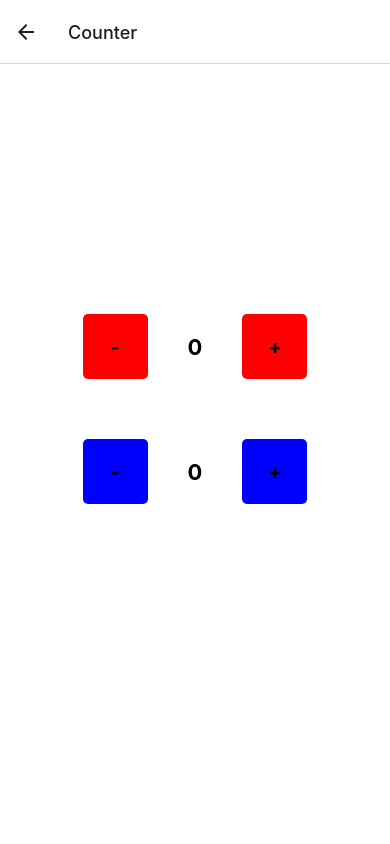
Repository: nawaz1568/Task_counter
Screen: /Counter
The author's editor kept a copy of each file at every save. The screen is drawn from the files as they stood at one save, then again after the next save.
The app was drawn by React Native's web renderer in a window 390 px wide. The project was rebuilt for these pictures with package versions that can differ from the ones it lists, and the page was loaded fresh each time. Also part of the build but not shown: src/components/Header.js, src/screens/PostListScreen.js, src/screens/PostDetailScreen.js.

Above is the screen before, as saved 2025-09-09 02:05:38.

### App.js
import React from 'react';
import { NavigationContainer } from '@react-navigation/native';
import { createNativeStackNavigator } from '@react-navigation/native-stack';
import LoginScreen from './src/screens/LoginScreen';
import PostListScreen from './src/screens/PostListScreen';
import PostDetailScreen from './src/screens/PostDetailScreen';
import CounterScreen from './src/screens/CounterScreen';

const Stack = createNativeStackNavigator();

export default function App() {
  return (
    <NavigationContainer>
      <Stack.Navigator initialRouteName="Login">
        <Stack.Screen name="Login" component={LoginScreen} options={{ title: 'Login' }} />
        <Stack.Screen name="Posts" component={PostListScreen} options={{ title: 'Posts' }} />
        <Stack.Screen name="Details" component={PostDetailScreen} options={{ title: 'Post Details' }} />
        <Stack.Screen name="Counter" component={CounterScreen} options={{ title: 'Counter' }} />
      </Stack.Navigator>
    </NavigationContainer>
  );
}

### src/screens/LoginScreen.js
import React, { useState } from 'react';
import { View, Text, TextInput, Alert, TouchableOpacity, StyleSheet } from 'react-native';

export default function LoginScreen({ navigation }) {
  const [email, setEmail] = useState('');
  const [password, setPassword] = useState('');

  const onLogin = () => {
    Alert.alert('Entered Values', `Email: ${email}\nPassword: ${password}`);
    navigation.replace('Posts');
  };

  return (
    <View style={styles.container}>
      <Text style={styles.title}>Welcome</Text>
      <TextInput
        placeholder="Email"
        value={email}
        onChangeText={setEmail}
        keyboardType="email-address"
        autoCapitalize="none"
        style={styles.input}
      />
      <TextInput
        placeholder="Password"
        value={password}
        onChangeText={setPassword}
        secureTextEntry
        style={styles.input}
      />
      <TouchableOpacity style={styles.button} onPress={onLogin}>
        <Text style={styles.buttonText}>Login</Text>
      </TouchableOpacity>

      <TouchableOpacity style={styles.link} onPress={() => navigation.navigate('Counter')}>
        <Text style={styles.linkText}>Go to Counter Demo</Text>
      </TouchableOpacity>
    </View>
  );
}

const styles = StyleSheet.create({
  container: {
    flex: 1,
    alignItems: 'center',
    justifyContent: 'center',
    padding: 20,
    backgroundColor: '#f9fafb',
  },
  title: { fontSize: 24, fontWeight: '700', marginBottom: 24 },
  input: {
    width: '100%',
    borderWidth: 1,
    borderColor: '#d1d5db',
    borderRadius: 12,
    padding: 12,
    marginBottom: 12,
    backgroundColor: '#fff',
  },
  button: {
    width: '100%',
    padding: 14,
    backgroundColor: '#111827',
    borderRadius: 12,
    alignItems: 'center',
    marginTop: 4,
  },
  buttonText: { color: '#fff', fontWeight: '600' },
  link: { marginTop: 20 },
  linkText: { color: '#2563eb', fontWeight: '500' },
});

### src/screens/CounterScreen.js
import { View, Text,TouchableOpacity,  StyleSheet, } from 'react-native';
import AsyncStorage from '@react-native-async-storage/async-storage';
import { useState, useEffect } from 'react';
export default function Mainpage() {
  let [count, setCount] = useState(0);
  let [count1, setCount1] = useState(0);
  function incrementCount() {
    count = count + 1;
    setCount(count);
  }
  function decrementCount() {
    count = count - 1;
    setCount(count);
  }
  function incrementCount1() {
    count1 = count1 + 1;
    setCount1(count1);
  }
  function decrementCount1() {
    count1 = count1 - 1;
    setCount1(count1);
  }

const storeData = async (value) => {
  try {
    await AsyncStorage.setItem('count', value.toString());
  } catch (e) {
    console.log('error', e);
  }
};

  const storeData1 = async (value1) => {
    try {
      await AsyncStorage.setItem('count1', value1.toString());
    } catch (e) {
      console.log('error', e);
    }
  };

  const Onsubmit = () => {
    storeData(count);
  };
  const Onsubmit1 = () => {
    storeData1(count1);
  };

  const getstoradata = async () => {
    try {
      const value = await AsyncStorage.getItem('count');
      if (value !== null) {
        setCount(parseInt(value));
        console.log(` Get data value ${value}`);
      }
    } catch (error) {
      console.log('error:', error);
    }
  };
  useEffect(() => {
    getstoradata();
    getstoradata1();
  }, []);

  const getstoradata1 = async () => {
    try {
      const value1 = await AsyncStorage.getItem('count1');
      if (value1 !== null) {
        setCount1(parseInt(value1));
        console.log(` Get data value1 ${value1}`);
      }
    } catch (error) {
      console.log('error:', error);
    }
  };

  return (
    <View
      style={styles.container}>
<View style={styles.row}>
  <TouchableOpacity
    style={styles.buttonfirst}
    onPress={() => {
      decrementCount();
      Onsubmit();
    }}>
    <Text style={styles.buttonText}>-</Text>
  </TouchableOpacity>

  <Text style={styles.countText}>{count}</Text>

  <TouchableOpacity
    style={styles.buttonfirst}
    onPress={() => {
      incrementCount();
      Onsubmit();
    }}>
    <Text style={styles.buttonText}>+</Text>
  </TouchableOpacity>
</View>

      <View style={styles.row}>
        <TouchableOpacity
          style={styles.buttonsecond}
          onPress={() => {
            decrementCount1();
            Onsubmit1();
          }}>
         <Text style={styles.buttonText}>-</Text>
        </TouchableOpacity>

        <Text style={styles.countText}>{count1}</Text>

        <TouchableOpacity
          style={styles.buttonsecond}
          onPress={() => {
            incrementCount1();
            Onsubmit1();
          }}>
  <Text style={styles.buttonText}>+</Text>

        </TouchableOpacity>
      </View>
    </View>
  );
}
const styles = StyleSheet.create({

  container: {
    flex: 1,
    backgroundColor: 'white',
    justifyContent: 'center',
    alignItems: 'center',
    marginTop:-90
  },
  row: {
    flexDirection: 'row',
    alignItems: 'center',
    marginVertical: 30,
  },
  buttonfirst: {
    height: 65,
    width: 65,
backgroundColor: 'red',
    justifyContent: 'center',
    alignItems: 'center',
    marginHorizontal: 20,
    borderRadius: 5,
  },
   buttonsecond: {
    height: 65,
    width: 65,
   backgroundColor: 'blue',
    justifyContent: 'center',
    alignItems: 'center',
    marginHorizontal: 20,
    borderRadius: 5,
  },

  buttonText: {
    fontSize: 20,
    fontWeight: 'bold',
  },
  countText: {
    color: 'black',
    fontSize: 22,
    fontWeight: 'bold',
    marginHorizontal: 20,
  },

})

After the next save:
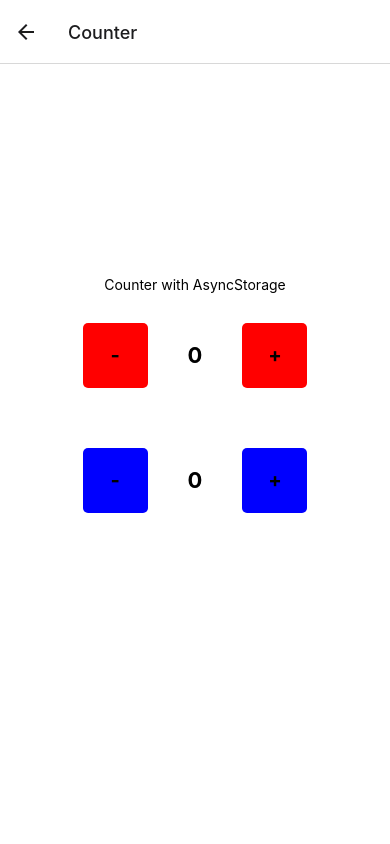
Saved 57 s later.
--- a/src/screens/CounterScreen.js
+++ b/src/screens/CounterScreen.js
@@ -75,6 +75,7 @@ const storeData = async (value) => {
   return (
     <View
       style={styles.container}>
+          <Text style={styles.heading}>Counter with AsyncStorage</Text>
 <View style={styles.row}>
   <TouchableOpacity
     style={styles.buttonfirst}
